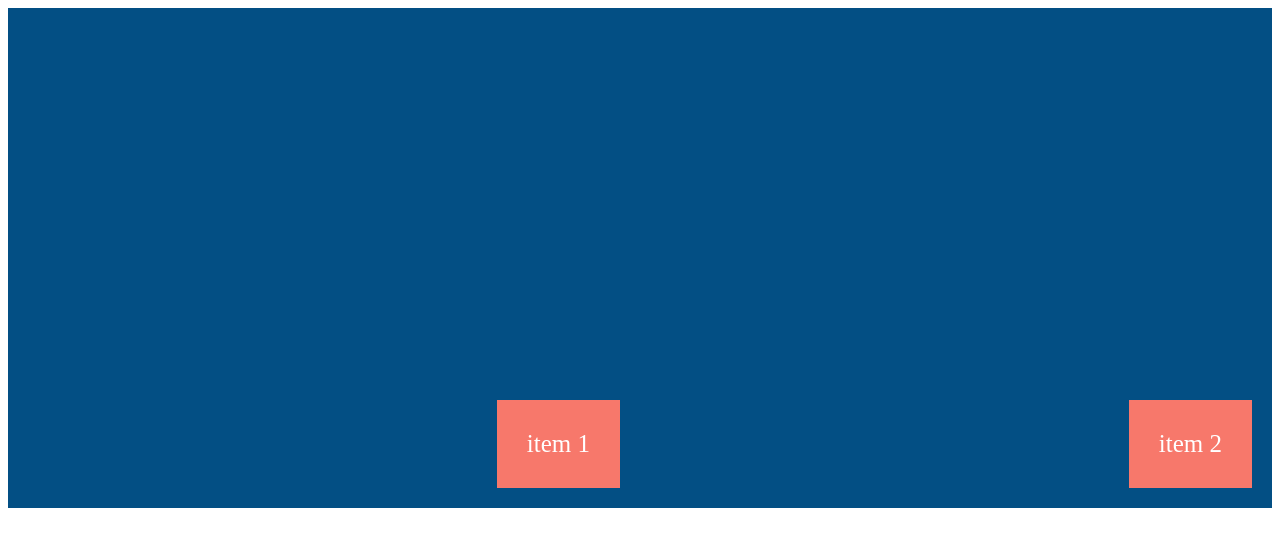
Repository: mehmetbuber38/flex
Page: flex-margin.html
The author's editor kept a copy of each file at every save. The page is drawn from the files as they stood at one save, then again after the next save.
The browser window is 1280 px wide. The pictures show the whole page.

Above is the page before, as saved 2022-01-31 21:35:17.

### flex-margin.html
<!DOCTYPE html>
<html lang="en">

<head>
    <meta charset="UTF-8">
    <meta http-equiv="X-UA-Compatible" content="IE=edge">
    <meta name="viewport" content="width=device-width, initial-scale=1.0">
    <title>Flex Container</title>
</head>
<style>
    .container {
        display: flex;

        height: 500px;
        background-color: #034f84;
        /* align-items: center;
        justify-content: center; */


    }

    .item {
        background-color: #f7786b;
        padding: 30px;
        margin: 20px;
        color: #fff;
        font-size: 25px;
        /* margin: auto; */
        /* margin-top: auto; */
        /* margin-bottom: auto; */
        /* margin-right: auto; */
        margin-left: auto;
        margin-top: auto;
    }
</style>

<body>
    <div class="container">
        <div class="item item-1">item 1</div>
        <div class="item item-2">item 2</div>


    </div>

</body>

</html>

After the next save:
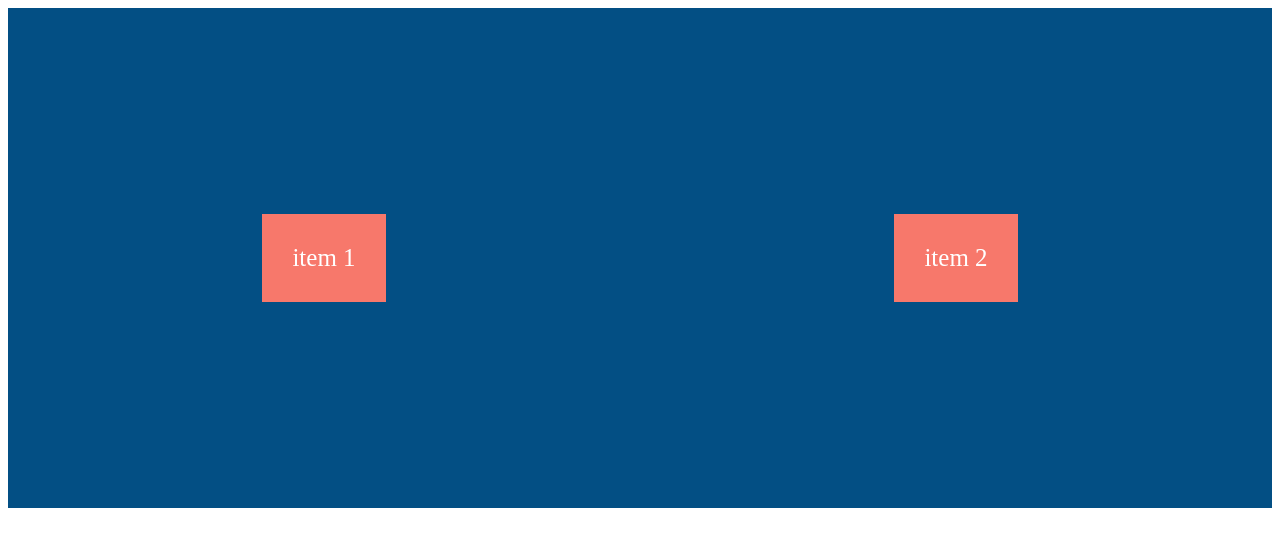
Saved 36 s later.
--- a/flex-margin.html
+++ b/flex-margin.html
@@ -29,8 +29,17 @@
         /* margin-top: auto; */
         /* margin-bottom: auto; */
         /* margin-right: auto; */
-        margin-left: auto;
-        margin-top: auto;
+        /* margin-left: auto;
+        margin-top: auto; */
+    }
+
+    .item-1 {
+        margin: auto;
+
+    }
+
+    .item-2 {
+        margin: auto;
     }
 </style>
 
